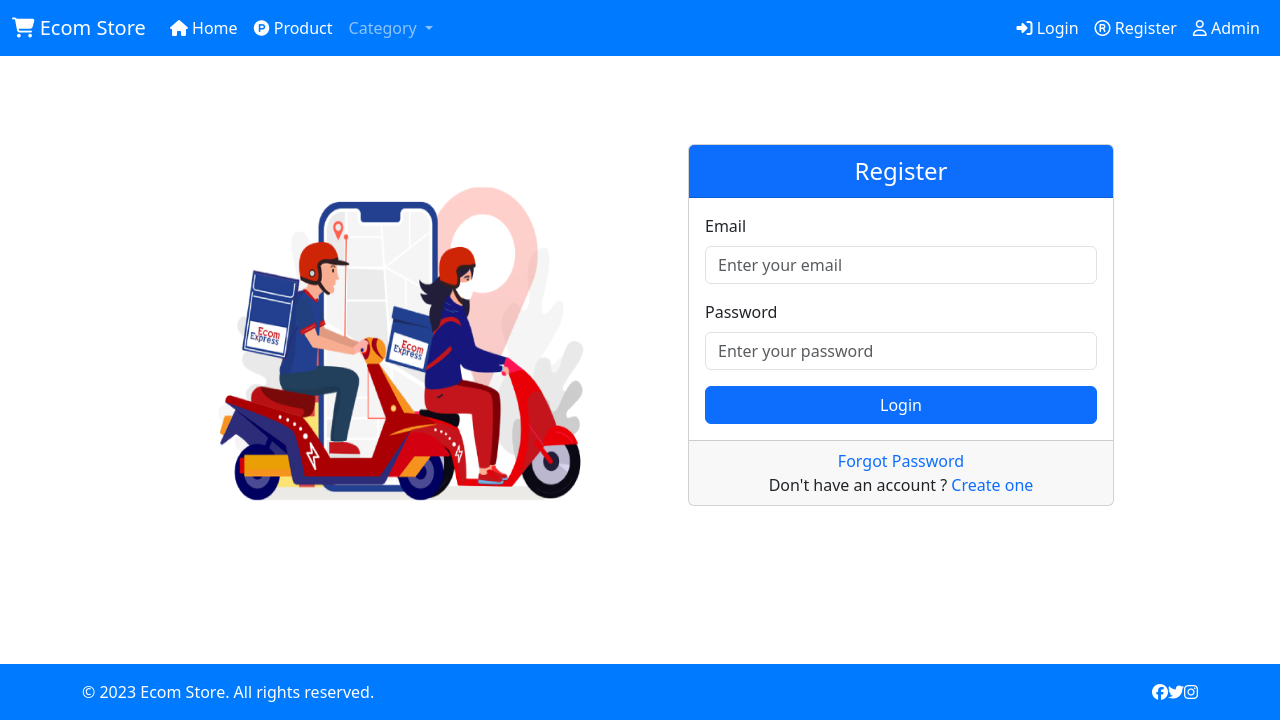
Repository: Deva-bot/EcomProject
Page: http://localhost/register
The author's editor kept a copy of each file at every save. The page is drawn from the files as they stood at one save, then again after the next save.
The browser window is 1280 px wide. The pictures show the whole page.
The page is this project's Thymeleaf template; nobody is signed in. The template is opened directly, without the code that normally fills it, so the values that code supplies are empty.

Above is the page before, as saved 2024-07-12 14:51:27.

### Shopping_Cart/src/main/resources/templates/register.html
<!DOCTYPE html>
<html lang="en" xmlns:th="http://www.thymeleaf.org" th:replace="base::layout(~{::section})">

<head>
	<meta charset="ISO-8859-1">
	<title>Shopping Cart</title>
</head>

<body>
	<section th:fragment="content">
		<div class="container mt-5 p-5">
			<div class="row">
				<div class="col-md-6 p-5">
					<img alt="" src="img/ecom.png" width="100%" height="400px">
				</div>
				<div class="col-md-6 p-5">
					<div class="card">
						<div class="card-header bg-primary text-white">
							<p class="fs-4 text-center mb-0">Register</p>
						</div>
						<div class="card-body">
							<form>
								<div class="mb-3">
									<label class="form-label" for="email">Email</label>
									<input class="form-control" id="email" name="email" type="email"
										placeholder="Enter your email">
								</div>
								<div class="mb-3">
									<label class="form-label" for="password">Password</label>
									<input class="form-control" id="password" name="password" type="password"
										placeholder="Enter your password">
								</div>
								<button type="submit" class="btn btn-primary col-md-12">Login</button>
							</form>
						</div>
						<div class="card-footer text-center">
							<a href="/forgot-password" class="text-decoration-none text-primary">Forgot Password</a><br>
							Don't have an account ? <a href="/register" class="text-decoration-none text-primary">Create
								one</a>
						</div>
					</div>
				</div>
			</div>
		</div>

	</section>
</body>

</html>

### Shopping_Cart/src/main/resources/templates/base.html
<!DOCTYPE html>
<html lang="en" xmlns:th="http://www.thymeleaf.org" th:fragment="layout(content)">

<head>
	<meta charset="ISO-8859-1">
	<title>Ecom Store</title>
	<!-- Bootstrap link-->
	<link href="https://cdn.jsdelivr.net/npm/bootstrap@5.3.3/dist/css/bootstrap.min.css" rel="stylesheet"
		integrity="sha384-QWTKZyjpPEjISv5WaRU9OFeRpok6YctnYmDr5pNlyT2bRjXh0JMhjY6hW+ALEwIH" crossorigin="anonymous">

	<!-- Font Awesome link-->
	<link rel="stylesheet" href="https://cdnjs.cloudflare.com/ajax/libs/font-awesome/6.5.2/css/all.min.css"
		integrity="sha512-SnH5WK+bZxgPHs44uWIX+LLJAJ9/2PkPKZ5QiAj6Ta86w+fsb2TkcmfRyVX3pBnMFcV7oQPJkl9QevSCWr3W6A=="
		crossorigin="anonymous" referrerpolicy="no-referrer" />

	<style>
		.bg-ecom {
			background-color: #007bff !important;
		}
	</style>
</head>

<body>
	<!-- Navbar start-->
	<nav class="navbar navbar-expand-lg bg-ecom fixed-top navbar-dark">
		<div class="container-fluid">
			<a class="navbar-brand" href="/"><i class="fa-solid fa-cart-shopping"></i> Ecom Store</a>
			<button class="navbar-toggler" type="button" data-bs-toggle="collapse"
				data-bs-target="#navbarSupportedContent" aria-controls="navbarSupportedContent" aria-expanded="false"
				aria-label="Toggle navigation">
				<span class="navbar-toggler-icon"></span>
			</button>
			<div class="collapse navbar-collapse" id="navbarSupportedContent">
				<ul class="navbar-nav me-auto mb-2 mb-lg-0">
					<li class="nav-item">
						<a class="nav-link active" aria-current="page" href="/"><i class="fa-solid fa-house"></i>
							Home</a>
					</li>
					<li class="nav-item">
						<a class="nav-link active" aria-current="page" href="#"><i
								class="fa-brands fa-product-hunt"></i> Product</a>
					</li>
					<li class="nav-item dropdown">
						<a class="nav-link dropdown-toggle" href="#" role="button" data-bs-toggle="dropdown"
							aria-expanded="false">
							Category
						</a>
					</li>
				</ul>
				<ul class="navbar-nav ms-auto mb-2 mb-lg-0">
					<li class="nav-item">
						<a class="nav-link active" aria-current="page" href="/login"><i
								class="fa-solid fa-right-to-bracket"></i> Login</a>
					</li>
					<li class="nav-item">
						<a class="nav-link active" aria-current="page" href="/register"><i
								class="fa-regular fa-registered"></i>
							Register</a>
					</li>
					<li class="nav-item">
						<a class="nav-link active" aria-current="page" href="#"><i class="fa-regular fa-user"></i>
							Admin</a>
					</li>
				</ul>
			</div>
		</div>
	</nav>
	<!-- Navbar end-->

	<div class="container mt-5 mb-5">
		<div th:replace="~{::content}"></div>
	</div>

	<!--Start Footer-->
	<footer class="container-fluid bg-ecom text-white py-3 fixed-bottom">
		<div class="container d-flex justify-content-between align-items-center">
			<p class="mb-0">&copy; 2023 Ecom Store. All rights reserved.</p>
			<ul class="list-unstyled d-flex mb-0">
				<li><a href="#" class="text-white mr-3"><i class="fab fa-facebook"></i></a></li>
				<li><a href="#" class="text-white mr-3"><i class="fab fa-twitter"></i></a></li>
				<li><a href="#" class="text-white mr-3"><i class="fab fa-instagram"></i></a></li>
			</ul>
		</div>
	</footer>
	<!--End Footer-->

	<script src="https://cdn.jsdelivr.net/npm/bootstrap@5.3.3/dist/js/bootstrap.bundle.min.js"
		integrity="sha384-YvpcrYf0tY3lHB60NNkmXc5s9fDVZLESaAA55NDzOxhy9GkcIdslK1eN7N6jIeHz" crossorigin="anonymous">
		</script>
</body>

</html>

After the next save:
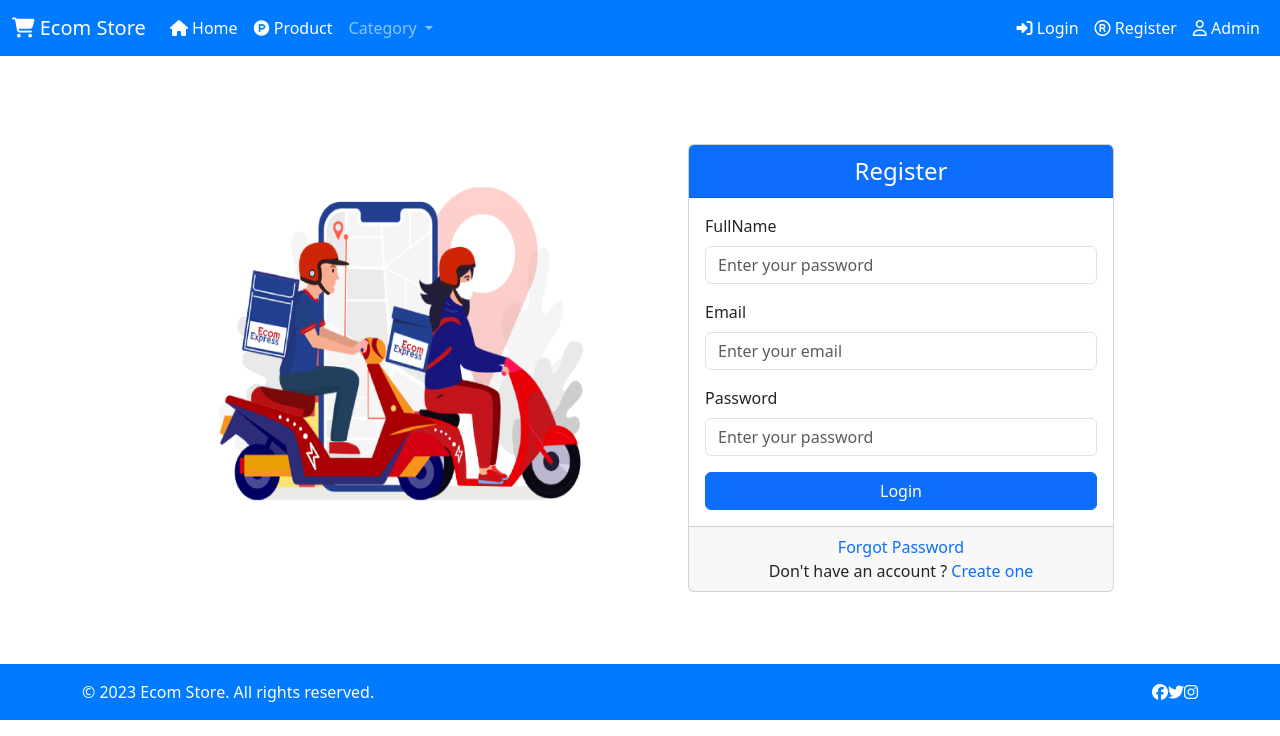
Saved 89 s later.
--- a/Shopping_Cart/src/main/resources/templates/register.html
+++ b/Shopping_Cart/src/main/resources/templates/register.html
@@ -20,6 +20,11 @@
 						</div>
 						<div class="card-body">
 							<form>
+								<div class="mb-3">
+									<label class="form-label" for="password">FullName</label>
+									<input class="form-control" id="password" name="password" type="password"
+										placeholder="Enter your password">
+								</div>
 								<div class="mb-3">
 									<label class="form-label" for="email">Email</label>
 									<input class="form-control" id="email" name="email" type="email"
